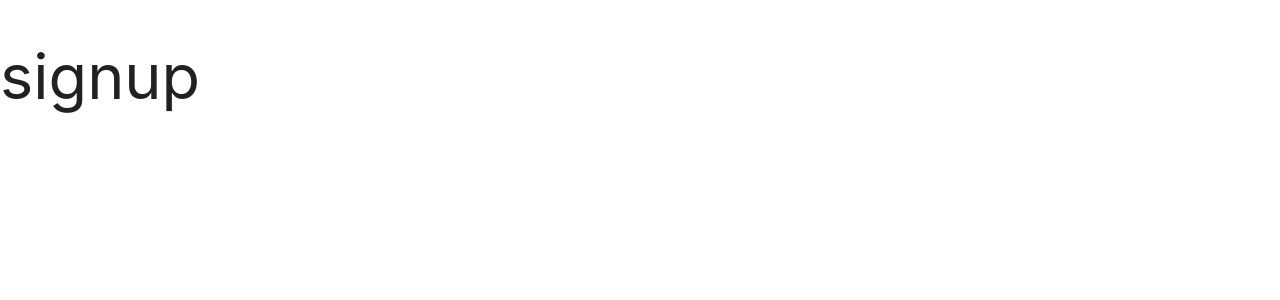
Repository: riddhiwho/Eclipse-Projects
Page: http://localhost/Register/signup.jsp
An editor plug-in stored every save of this project. The page is shown before and after the next save, followed by the edit.
The browser window is 1280 px wide. The pictures show the whole page.
The page is served by Tomcat 9. Other server files are loaded and not shown.

Above is the page before, as saved 2021-06-05 05:35:22.

### Register/src/main/webapp/signup.jsp
<%@ page language="java" contentType="text/html; charset=UTF-8"
    pageEncoding="UTF-8"%>
<!DOCTYPE html>
<html>
<head>
<meta charset="UTF-8">
<title>JSP Page</title>

    <!-- Compiled and minified CSS -->
    <link rel="stylesheet" href="https://cdnjs.cloudflare.com/ajax/libs/materialize/1.0.0/css/materialize.min.css">

    <!-- Compiled and minified JavaScript -->
    <script src="https://cdnjs.cloudflare.com/ajax/libs/materialize/1.0.0/js/materialize.min.js"></script>

</head>
<body>
	<h1>signup</h1>
</body>
</html>

After the next save:
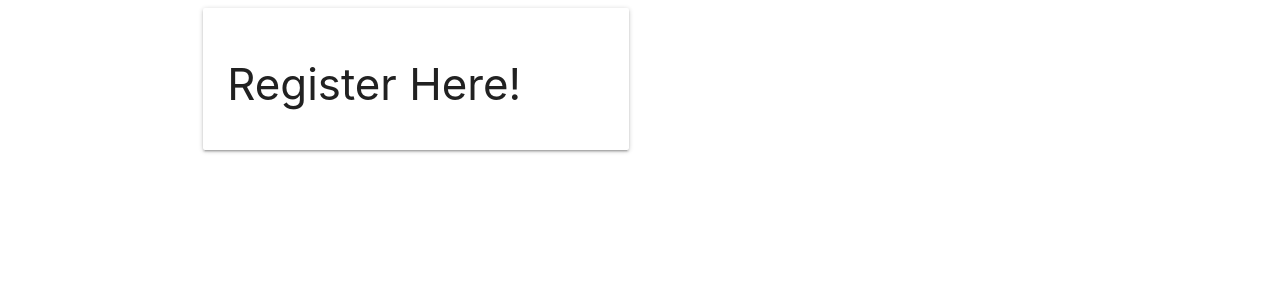
Saved 3 min 51 s later.
--- a/Register/src/main/webapp/signup.jsp
+++ b/Register/src/main/webapp/signup.jsp
@@ -14,6 +14,16 @@
 
 </head>
 <body>
-	<h1>signup</h1>
+	<div class="container">
+		<div class="row">
+			<div class="col m6">
+				<div class="card">
+					<div class="card-content">
+						<h3>Register Here!</h3>
+					</div>
+				</div>
+			</div>
+		</div>
+	</div>
 </body>
 </html>
